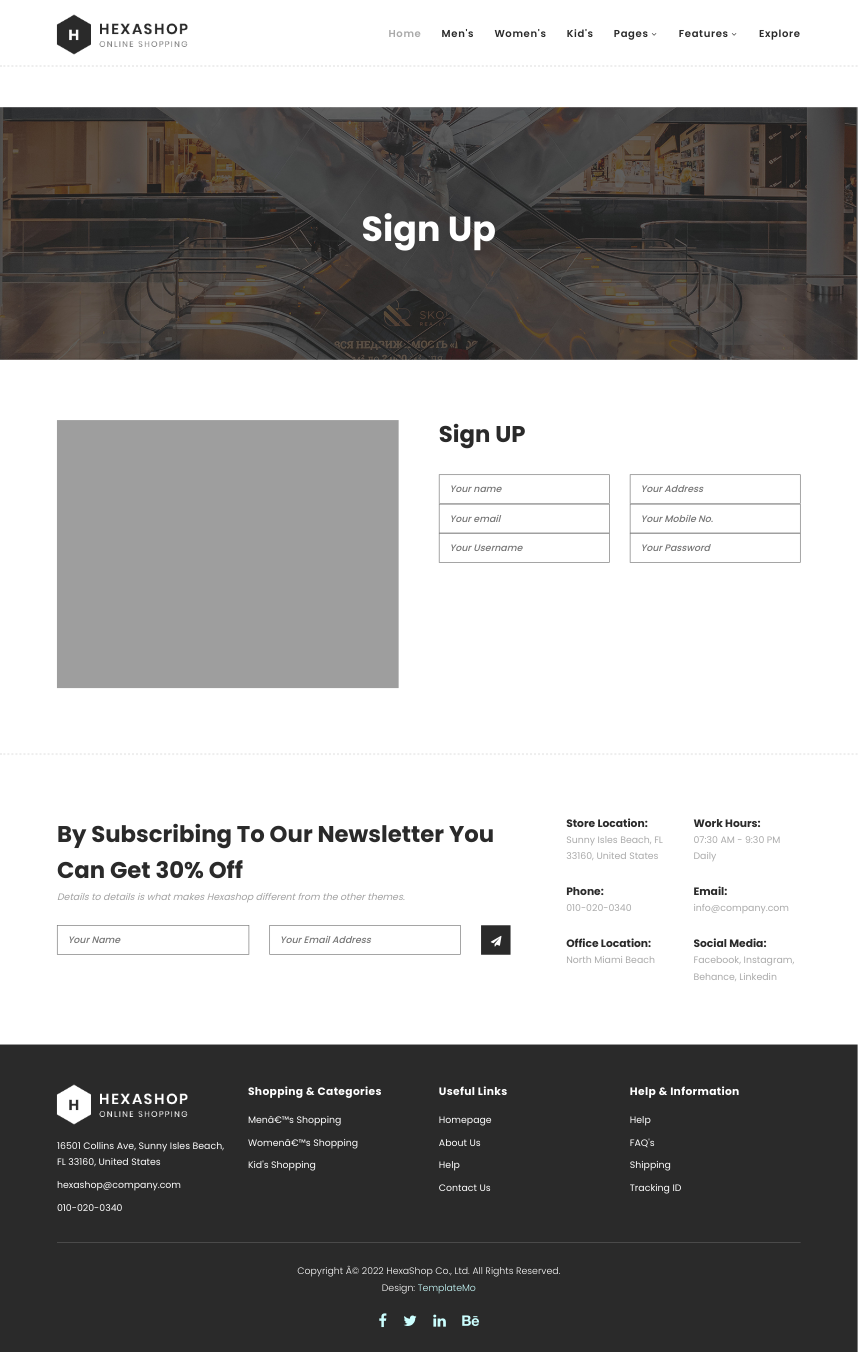
Repository: anmoltrivedi2111/JAVA
Page: http://localhost/HexaShop/Signup.jsp
The author's editor kept a copy of each file at every save. The page is drawn from the files as they stood at one save, then again after the next save.
The browser window is 1280 px wide. The pictures show the whole page, at 67% of full size.
Pictures or frames that could not be fetched are drawn as grey boxes. The page is served by Tomcat 9. Other server files are loaded and not shown.

Above is the page before, as saved 2025-05-21 05:23:59.
Console error: TypeError: Cannot read properties of undefined (reading 'top')

### eclipse-workspace/HexaShop/src/main/webapp/Signup.jsp
<!DOCTYPE html>
<html lang="en">

<%@ include file="header.jsp" %>

    <!-- ***** Main Banner Area Start ***** -->
    <div class="page-heading about-page-heading" id="top">
        <div class="container">
            <div class="row">
                <div class="col-lg-12">
                    <div class="inner-content">
                        <h2>Sign Up</h2>

                    </div>
                </div>
            </div>
        </div>
    </div>
    <!-- ***** Main Banner Area End ***** -->

    <!-- ***** Contact Area Starts ***** -->
    <div class="contact-us">
        <div class="container">
            <div class="row">
                <div class="col-lg-6">
                    <div id="map">
                      <iframe src="https://www.google.com/maps/embed?pb=!1m18!1m12!1m3!1d90186.37207676383!2d-80.13495239500924!3d25.9317678710111!2m3!1f0!2f0!3f0!3m2!1i1024!2i768!4f13.1!3m3!1m2!1s0x88d9ad1877e4a82d%3A0xa891714787d1fb5e!2sPier%20Park!5e1!3m2!1sen!2sth!4v1637512439384!5m2!1sen!2sth" width="100%" height="400px" frameborder="0" style="border:0" allowfullscreen></iframe>
                      <!-- You can simply copy and paste "Embed a map" code from Google Maps for any location. -->

                    </div>
                </div>
                <div class="col-lg-6">
                    <div class="section-heading">
                        <h2>Sign UP</h2>

                    </div>
                    <form id="contact" action="" method="post">
                        <div class="row">
                          <div class="col-lg-6">
                            <fieldset>
                              <input name="cname" type="text" id="name" placeholder="Your name" required="">
                            </fieldset>
                          </div>
                          <div class="col-lg-6">
                            <fieldset>
                              <input name="cadd" type="text" id="name" placeholder="Your Address" required="">
                            </fieldset>
                            </div>
                             <div class="col-lg-6">
                            <fieldset>
                              <input name="email" type="text" id="email" placeholder="Your email" required="">
                            </fieldset>
                            </div>
                         	 <div class="col-lg-6">
                            <fieldset>
                              <input name="mob" type="text" id="email" placeholder="Your Mobile No." required="">
                            </fieldset>
                            </div>
                             <div class="col-lg-6">
                            <fieldset>
                              <input name="unm" type="text" id="email" placeholder="Your Username" required="">
                            </fieldset>
                            </div>
                             <div class="col-lg-6">
                            <fieldset>
                              <input name="pw" type="password" id="email" placeholder="Your Password" required="">
                            </fieldset>
                            </div>
                        </div>
                      </form>
                </div>
            </div>
        </div>
    </div>
    <!-- ***** Contact Area Ends ***** -->

    <!-- ***** Subscribe Area Starts ***** -->
    <div class="subscribe">
        <div class="container">
            <div class="row">
                <div class="col-lg-8">
                    <div class="section-heading">
                        <h2>By Subscribing To Our Newsletter You Can Get 30% Off</h2>
                        <span>Details to details is what makes Hexashop different from the other themes.</span>
                    </div>
                    <form id="subscribe" action="" method="get">
                        <div class="row">
                          <div class="col-lg-5">
                            <fieldset>
                              <input name="name" type="text" id="name" placeholder="Your Name" required="">
                            </fieldset>
                          </div>
                          <div class="col-lg-5">
                            <fieldset>
                              <input name="email" type="text" id="email" pattern="[^ @]*@[^ @]*" placeholder="Your Email Address" required="">
                            </fieldset>
                          </div>
                          <div class="col-lg-2">
                            <fieldset>
                              <button type="submit" id="form-submit" class="main-dark-button"><i class="fa fa-paper-plane"></i></button>
                            </fieldset>
                          </div>
                        </div>
                    </form>
                </div>
                <div class="col-lg-4">
                    <div class="row">
                        <div class="col-6">
                            <ul>
                                <li>Store Location:<br><span>Sunny Isles Beach, FL 33160, United States</span></li>
                                <li>Phone:<br><span>010-020-0340</span></li>
                                <li>Office Location:<br><span>North Miami Beach</span></li>
                            </ul>
                        </div>
                        <div class="col-6">
                            <ul>
                                <li>Work Hours:<br><span>07:30 AM - 9:30 PM Daily</span></li>
                                <li>Email:<br><span>info@company.com</span></li>
                                <li>Social Media:<br><span><a href="#">Facebook</a>, <a href="#">Instagram</a>, <a href="#">Behance</a>, <a href="#">Linkedin</a></span></li>
                            </ul>
                        </div>
                    </div>
                </div>
            </div>
        </div>
    </div>
    <!-- ***** Subscribe Area Ends ***** -->

 <%@include file="footer.jsp" %>

    <!-- jQuery -->
    <script src="assets/js/jquery-2.1.0.min.js"></script>

    <!-- Bootstrap -->
    <script src="assets/js/popper.js"></script>
    <script src="assets/js/bootstrap.min.js"></script>

    <!-- Plugins -->
    <script src="assets/js/owl-carousel.js"></script>
    <script src="assets/js/accordions.js"></script>
    <script src="assets/js/datepicker.js"></script>
    <script src="assets/js/scrollreveal.min.js"></script>
    <script src="assets/js/waypoints.min.js"></script>
    <script src="assets/js/jquery.counterup.min.js"></script>
    <script src="assets/js/imgfix.min.js"></script>
    <script src="assets/js/slick.js"></script>
    <script src="assets/js/lightbox.js"></script>
    <script src="assets/js/isotope.js"></script>

    <!-- Global Init -->
    <script src="assets/js/custom.js"></script>

    <script>

        $(function() {
            var selectedClass = "";
            $("p").click(function(){
            selectedClass = $(this).attr("data-rel");
            $("#portfolio").fadeTo(50, 0.1);
                $("#portfolio div").not("."+selectedClass).fadeOut();
            setTimeout(function() {
              $("."+selectedClass).fadeIn();
              $("#portfolio").fadeTo(50, 1);
            }, 500);

            });
        });

    </script>

  </body>

</html>

### eclipse-workspace/HexaShop/src/main/webapp/header.jsp
  <head>

    <meta charset="utf-8">
    <meta name="viewport" content="width=device-width, initial-scale=1, shrink-to-fit=no">
    <meta name="description" content="">
    <meta name="author" content="">
    <link href="https://fonts.googleapis.com/css?family=Poppins:100,200,300,400,500,600,700,800,900&display=swap" rel="stylesheet">

    <title>Hexashop Ecommerce HTML CSS Template</title>


    <!-- Additional CSS Files -->
    <link rel="stylesheet" type="text/css" href="assets/css/bootstrap.min.css">

    <link rel="stylesheet" type="text/css" href="assets/css/font-awesome.css">

    <link rel="stylesheet" href="assets/css/templatemo-hexashop.css">

    <link rel="stylesheet" href="assets/css/owl-carousel.css">

    <link rel="stylesheet" href="assets/css/lightbox.css">
<!--

TemplateMo 571 Hexashop

https://templatemo.com/tm-571-hexashop

-->
    </head>

    <body>

    <!-- ***** Preloader Start ***** -->
    <div id="preloader">
        <div class="jumper">
            <div></div>
            <div></div>
            <div></div>
        </div>
    </div>
    <!-- ***** Preloader End ***** -->


    <!-- ***** Header Area Start ***** -->
    <header class="header-area header-sticky">
        <div class="container">
            <div class="row">
                <div class="col-12">
                    <nav class="main-nav">
                        <!-- ***** Logo Start ***** -->
                        <a href="index.jsp" class="logo">
                            <img src="assets/images/logo.png">
                        </a>
                        <!-- ***** Logo End ***** -->
                        <!-- ***** Menu Start ***** -->
                        <ul class="nav">
                            <li class="scroll-to-section"><a href="#top" class="active">Home</a></li>
                            <li class="scroll-to-section"><a href="#men">Men's</a></li>
                            <li class="scroll-to-section"><a href="#women">Women's</a></li>
                            <li class="scroll-to-section"><a href="#kids">Kid's</a></li>
                            <li class="submenu">
                                <a href="javascript:;">Pages</a>
                                <ul>
                                    <li><a href="about.jsp">About Us</a></li>
                                    <li><a href="products.jsp">Products</a></li>
                                    <li><a href="single-product.jsp">Single Product</a></li>
                                    <li><a href="contact.jsp">Contact Us</a></li>
                                </ul>
                            </li>
                            <li class="submenu">
                                <a href="javascript:;">Features</a>
                                <ul>
                                    <li><a href="#">Features Page 1</a></li>
                                    <li><a href="#">Features Page 2</a></li>
                                    <li><a href="#">Features Page 3</a></li>
                                    <li><a rel="nofollow" href="https://templatemo.com/page/4" target="_blank">Template Page 4</a></li>
                                </ul>
                            </li>
                            <li class="scroll-to-section"><a href="#explore">Explore</a></li>
                        </ul>
                        <a class='menu-trigger'>
                            <span>Menu</span>
                        </a>
                        <!-- ***** Menu End ***** -->
                    </nav>
                </div>
            </div>
        </div>
    </header>
    <!-- ***** Header Area End ***** -->

### eclipse-workspace/HexaShop/src/main/webapp/footer.jsp
   <!-- ***** Footer Start ***** -->
    <footer>
        <div class="container">
            <div class="row">
                <div class="col-lg-3">
                    <div class="first-item">
                        <div class="logo">
                            <img src="assets/images/white-logo.png" alt="hexashop ecommerce templatemo">
                        </div>
                        <ul>
                            <li><a href="#">16501 Collins Ave, Sunny Isles Beach, FL 33160, United States</a></li>
                            <li><a href="#">hexashop@company.com</a></li>
                            <li><a href="#">010-020-0340</a></li>
                        </ul>
                    </div>
                </div>
                <div class="col-lg-3">
                    <h4>Shopping &amp; Categories</h4>
                    <ul>
                        <li><a href="#">Men’s Shopping</a></li>
                        <li><a href="#">Women’s Shopping</a></li>
                        <li><a href="#">Kid's Shopping</a></li>
                    </ul>
                </div>
                <div class="col-lg-3">
                    <h4>Useful Links</h4>
                    <ul>
                        <li><a href="#">Homepage</a></li>
                        <li><a href="#">About Us</a></li>
                        <li><a href="#">Help</a></li>
                        <li><a href="#">Contact Us</a></li>
                    </ul>
                </div>
                <div class="col-lg-3">
                    <h4>Help &amp; Information</h4>
                    <ul>
                        <li><a href="#">Help</a></li>
                        <li><a href="#">FAQ's</a></li>
                        <li><a href="#">Shipping</a></li>
                        <li><a href="#">Tracking ID</a></li>
                    </ul>
                </div>
                <div class="col-lg-12">
                    <div class="under-footer">
                        <p>Copyright © 2022 HexaShop Co., Ltd. All Rights Reserved.

                        <br>Design: <a href="https://templatemo.com" target="_parent" title="free css templates">TemplateMo</a></p>
                        <ul>
                            <li><a href="#"><i class="fa fa-facebook"></i></a></li>
                            <li><a href="#"><i class="fa fa-twitter"></i></a></li>
                            <li><a href="#"><i class="fa fa-linkedin"></i></a></li>
                            <li><a href="#"><i class="fa fa-behance"></i></a></li>
                        </ul>
                    </div>
                </div>
            </div>
        </div>
    </footer>

### eclipse-workspace/HexaShop/src/main/webapp/assets/css/owl-carousel.css
/**
 * Owl Carousel v2.3.4
 * Copyright 2013-2018 David Deutsch
 * Licensed under: SEE LICENSE IN https://github.com/OwlCarousel2/OwlCarousel2/blob/master/LICENSE
 */
/*
 *  Owl Carousel - Core
 */
.owl-carousel {
  display: none;
  width: 100%;
  -webkit-tap-highlight-color: transparent;
  /* position relative and z-index fix webkit rendering fonts issue */
  position: relative;
  z-index: 1; }
  .owl-carousel .owl-stage {
    position: relative;
    -ms-touch-action: pan-Y;
    touch-action: manipulation;
    -moz-backface-visibility: hidden;
    /* fix firefox animation glitch */ }
  .owl-carousel .owl-stage:after {
    content: ".";
    display: block;
    clear: both;
    visibility: hidden;
    line-height: 0;
    height: 0; }
  .owl-carousel .owl-stage-outer {
    position: relative;
    overflow: hidden;
    /* fix for flashing background */
    -webkit-transform: translate3d(0px, 0px, 0px); }
  .owl-carousel .owl-wrapper,
  .owl-carousel .owl-item {
    -webkit-backface-visibility: hidden;
    -moz-backface-visibility: hidden;
    -ms-backface-visibility: hidden;
    -webkit-transform: translate3d(0, 0, 0);
    -moz-transform: translate3d(0, 0, 0);
    -ms-transform: translate3d(0, 0, 0); }
  .owl-carousel .owl-item {
    position: relative;
    min-height: 1px;
    float: left;
    -webkit-backface-visibility: hidden;
    -webkit-tap-highlight-color: transparent;
    -webkit-touch-callout: none; }
  .owl-carousel .owl-item img {
    display: block;
    width: 100%; }
  .owl-carousel .owl-nav.disabled,
  .owl-carousel .owl-dots.disabled {
    display: none; }
  .owl-carousel .owl-nav .owl-prev,
  .owl-carousel .owl-nav .owl-next,
  .owl-carousel .owl-dot {
    cursor: pointer;
    -webkit-user-select: none;
    -khtml-user-select: none;
    -moz-user-select: none;
    -ms-user-select: none;
    user-select: none; }
  .owl-carousel .owl-nav button.owl-prev,
  .owl-carousel .owl-nav button.owl-next,
  .owl-carousel button.owl-dot {
    background: none;
    color: inherit;
    border: none;
    padding: 0 !important;
    font: inherit; }
  .owl-carousel.owl-loaded {
    display: block; }
  .owl-carousel.owl-loading {
    opacity: 0;
    display: block; }
  .owl-carousel.owl-hidden {
    opacity: 0; }
  .owl-carousel.owl-refresh .owl-item {
    visibility: hidden; }
  .owl-carousel.owl-drag .owl-item {
    -ms-touch-action: pan-y;
        touch-action: pan-y;
    -webkit-user-select: none;
    -moz-user-select: none;
    -ms-user-select: none;
    user-select: none; }
  .owl-carousel.owl-grab {
    cursor: move;
    cursor: grab; }
  .owl-carousel.owl-rtl {
    direction: rtl; }
  .owl-carousel.owl-rtl .owl-item {
    float: right; }

/* No Js */
.no-js .owl-carousel {
  display: block; }

/*
 *  Owl Carousel - Animate Plugin
 */
.owl-carousel .animated {
  animation-duration: 1000ms;
  animation-fill-mode: both; }

.owl-carousel .owl-animated-in {
  z-index: 0; }

.owl-carousel .owl-animated-out {
  z-index: 1; }

.owl-carousel .fadeOut {
  animation-name: fadeOut; }

@keyframes fadeOut {
  0% {
    opacity: 1; }
  100% {
    opacity: 0; } }

/*
 * 	Owl Carousel - Auto Height Plugin
 */
.owl-height {
  transition: height 500ms ease-in-out; }

/*
 * 	Owl Carousel - Lazy Load Plugin
 */
.owl-carousel .owl-item {
  /**
			This is introduced due to a bug in IE11 where lazy loading combined with autoheight plugin causes a wrong
			calculation of the height of the owl-item that breaks page layouts
		 */ }
  .owl-carousel .owl-item .owl-lazy {
    opacity: 0;
    transition: opacity 400ms ease; }
  .owl-carousel .owl-item .owl-lazy[src^=""], .owl-carousel .owl-item .owl-lazy:not([src]) {
    max-height: 0; }
  .owl-carousel .owl-item img.owl-lazy {
    transform-style: preserve-3d; }

/*
 * 	Owl Carousel - Video Plugin
 */
.owl-carousel .owl-video-wrapper {
  position: relative;
  height: 100%;
  background: #000; }

.owl-carousel .owl-video-play-icon {
  position: absolute;
  height: 80px;
  width: 80px;
  left: 50%;
  top: 50%;
  margin-left: -40px;
  margin-top: -40px;
  background: url("owl.video.play.png") no-repeat;
  cursor: pointer;
  z-index: 1;
  -webkit-backface-visibility: hidden;
  transition: transform 100ms ease; }

.owl-carousel .owl-video-play-icon:hover {
  -ms-transform: scale(1.3, 1.3);
      transform: scale(1.3, 1.3); }

.owl-carousel .owl-video-playing .owl-video-tn,
.owl-carousel .owl-video-playing .owl-video-play-icon {
  display: none; }

.owl-carousel .owl-video-tn {
  opacity: 0;
  height: 100%;
  background-position: center center;
  background-repeat: no-repeat;
  background-size: contain;
  transition: opacity 400ms ease; }

.owl-carousel .owl-video-frame {
  position: relative;
  z-index: 1;
  height: 100%;
  width: 100%; }

Loaded but not shown: eclipse-workspace/HexaShop/src/main/webapp/assets/css/bootstrap.min.css (library); eclipse-workspace/HexaShop/src/main/webapp/assets/css/font-awesome.css (library); eclipse-workspace/HexaShop/src/main/webapp/assets/css/lightbox.css (library); eclipse-workspace/HexaShop/src/main/webapp/assets/js/jquery-2.1.0.min.js (library); eclipse-workspace/HexaShop/src/main/webapp/assets/js/popper.js (library); eclipse-workspace/HexaShop/src/main/webapp/assets/js/bootstrap.min.js (library); eclipse-workspace/HexaShop/src/main/webapp/assets/js/accordions.js (library); eclipse-workspace/HexaShop/src/main/webapp/assets/js/scrollreveal.min.js (library); eclipse-workspace/HexaShop/src/main/webapp/assets/js/waypoints.min.js (library); eclipse-workspace/HexaShop/src/main/webapp/assets/js/jquery.counterup.min.js (common file); eclipse-workspace/HexaShop/src/main/webapp/assets/js/imgfix.min.js (library); eclipse-workspace/HexaShop/src/main/webapp/assets/js/slick.js (library); eclipse-workspace/HexaShop/src/main/webapp/assets/js/lightbox.js (library); eclipse-workspace/HexaShop/src/main/webapp/assets/js/isotope.js (library); eclipse-workspace/HexaShop/src/main/webapp/assets/js/owl-carousel.js (3448 lines, source omitted); eclipse-workspace/HexaShop/src/main/webapp/assets/js/datepicker.js (1671 lines, source omitted); eclipse-workspace/HexaShop/src/main/webapp/assets/js/custom.js (188 lines, source omitted); eclipse-workspace/HexaShop/src/main/webapp/assets/css/templatemo-hexashop.css (2379 lines, source omitted)

After the next save:
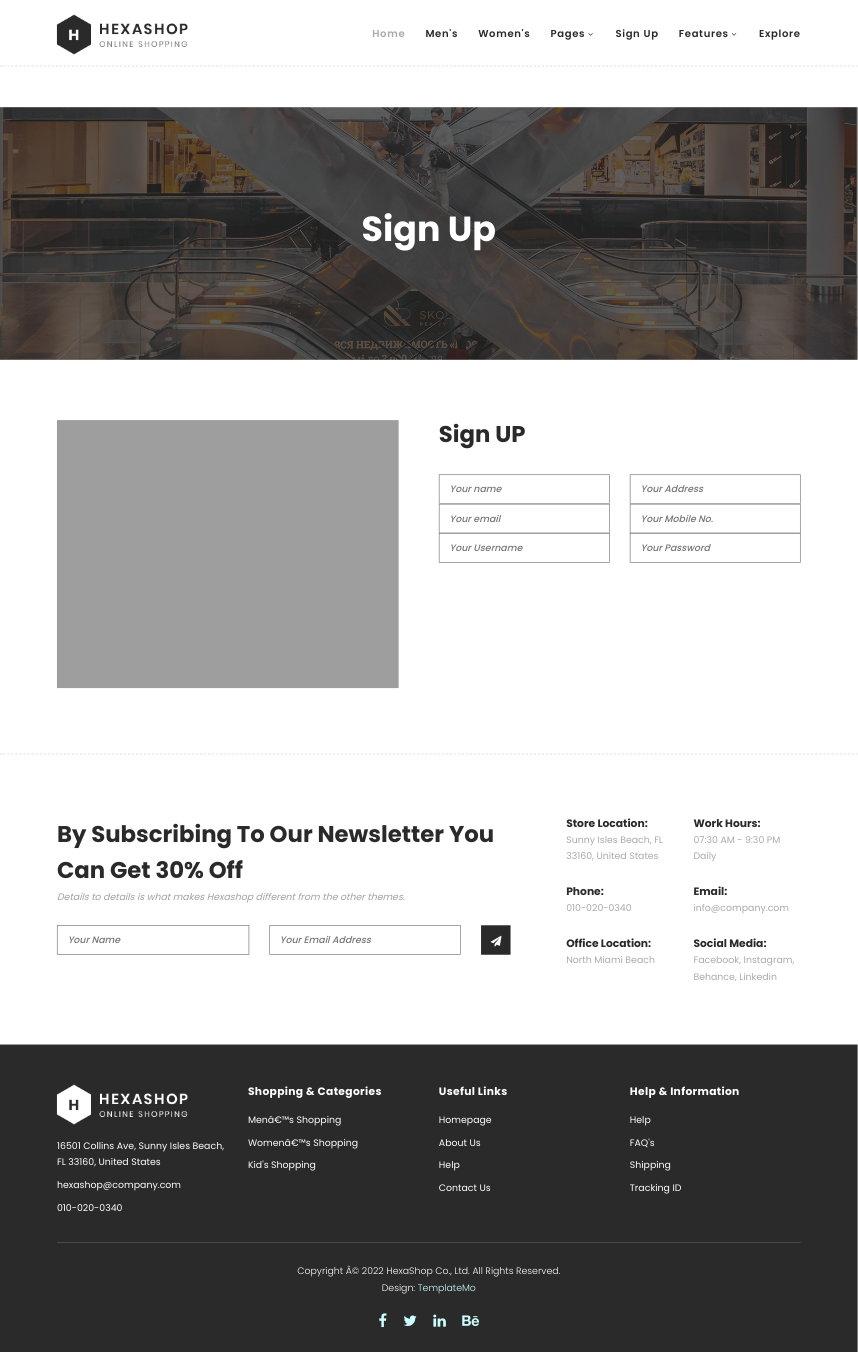
Saved 3 min 15 s later.
--- a/eclipse-workspace/HexaShop/src/main/webapp/header.jsp
+++ b/eclipse-workspace/HexaShop/src/main/webapp/header.jsp
@@ -57,7 +57,7 @@
                             <li class="scroll-to-section"><a href="#top" class="active">Home</a></li>
                             <li class="scroll-to-section"><a href="#men">Men's</a></li>
                             <li class="scroll-to-section"><a href="#women">Women's</a></li>
-                            <li class="scroll-to-section"><a href="#kids">Kid's</a></li>
+
                             <li class="submenu">
                                 <a href="javascript:;">Pages</a>
                                 <ul>
@@ -67,6 +67,7 @@
                                     <li><a href="contact.jsp">Contact Us</a></li>
                                 </ul>
                             </li>
+                             <li class=""><a href="Signup.jsp">Sign Up</a></li>
                             <li class="submenu">
                                 <a href="javascript:;">Features</a>
                                 <ul>
